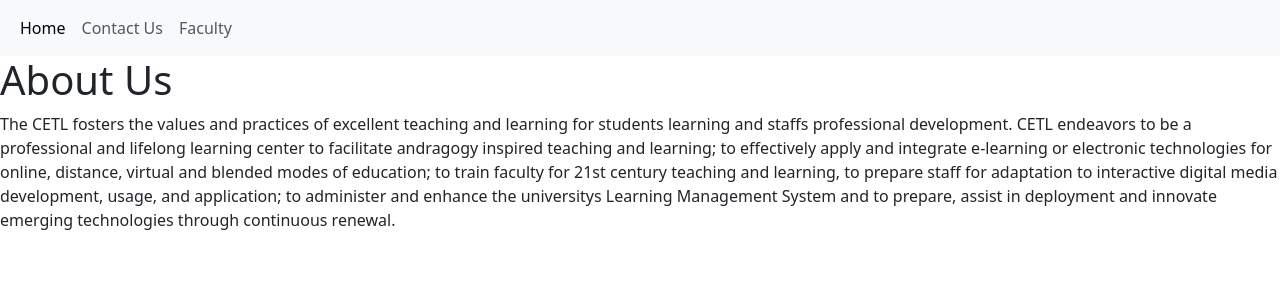
Repository: arafatmollah/cetl
Page: About.html
The author's editor kept a copy of each file at every save. The page is drawn from the files as they stood at one save, then again after the next save.
The browser window is 1280 px wide. The pictures show the whole page.

Above is the page before, as saved 2023-05-17 21:37:53.

### About.html
<!doctype html>
<html lang="en">
  <head>
    <meta charset="utf-8">
    <meta name="viewport" content="width=device-width, initial-scale=1">
    <title>Bootstrap demo</title>
    <link href="https://cdn.jsdelivr.net/npm/bootstrap@5.3.0-alpha3/dist/css/bootstrap.min.css" rel="stylesheet" integrity="sha384-KK94CHFLLe+nY2dmCWGMq91rCGa5gtU4mk92HdvYe+M/SXH301p5ILy+dN9+nJOZ" crossorigin="anonymous">
  </head>
  <body>
    <nav class="navbar navbar-expand-lg bg-body-tertiary bg-dark text-white">
        <div class="container-fluid">
          <button class="navbar-toggler" type="button" data-bs-toggle="collapse" data-bs-target="#navbarNav" aria-controls="navbarNav" aria-expanded="false" aria-label="Toggle navigation">
            <span class="navbar-toggler-icon"></span>
          </button>
          <div class="collapse navbar-collapse" id="navbarNav">
            <ul class="navbar-nav">
              <li class="nav-item">
                <a class="nav-link active" aria-current="page" href="home.html">Home</a>
              </li>
              <li class="nav-item">
                <a class="nav-link" href="About.html">Contact Us</a>
              </li>
              <li class="nav-item">
                <a class="nav-link" href="Faculty.html">Faculty</a>
              </li>
              <li class="nav-item">
                <a class="nav-link" href="#"></a>
              </li>
            </ul>
          </div>
        </div>
      </nav>
    <section>
        <h1>About Us</h1>
    <p>
        The CETL fosters the values and practices of excellent teaching and learning for students learning and staffs professional development.

CETL endeavors to be a professional and lifelong learning center to facilitate andragogy inspired teaching and learning; to effectively apply and integrate e-learning or electronic technologies for online, distance, virtual and blended modes of education; to train faculty for 21st century teaching and learning, to prepare staff for adaptation to interactive digital media development, usage, and application; to administer and enhance the universitys Learning Management System and to prepare, assist in deployment and innovate emerging technologies through continuous renewal.
    </p>
    </section>
    <script src="https://cdn.jsdelivr.net/npm/bootstrap@5.3.0-alpha3/dist/js/bootstrap.bundle.min.js" integrity="sha384-ENjdO4Dr2bkBIFxQpeoTz1HIcje39Wm4jDKdf19U8gI4ddQ3GYNS7NTKfAdVQSZe" crossorigin="anonymous"></script>
  </body>
</html>

After the next save:
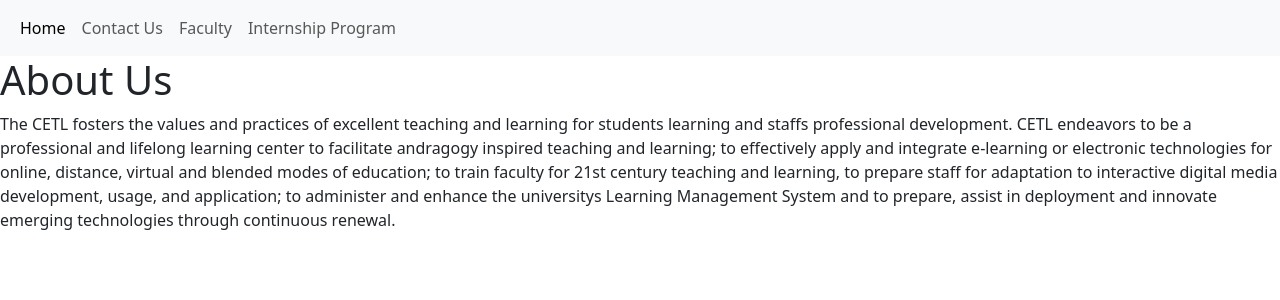
Saved 21 s later.
--- a/About.html
+++ b/About.html
@@ -24,7 +24,7 @@
                 <a class="nav-link" href="Faculty.html">Faculty</a>
               </li>
               <li class="nav-item">
-                <a class="nav-link" href="#"></a>
+                <a class="nav-link" href="#">Internship Program</a>
               </li>
             </ul>
           </div>
